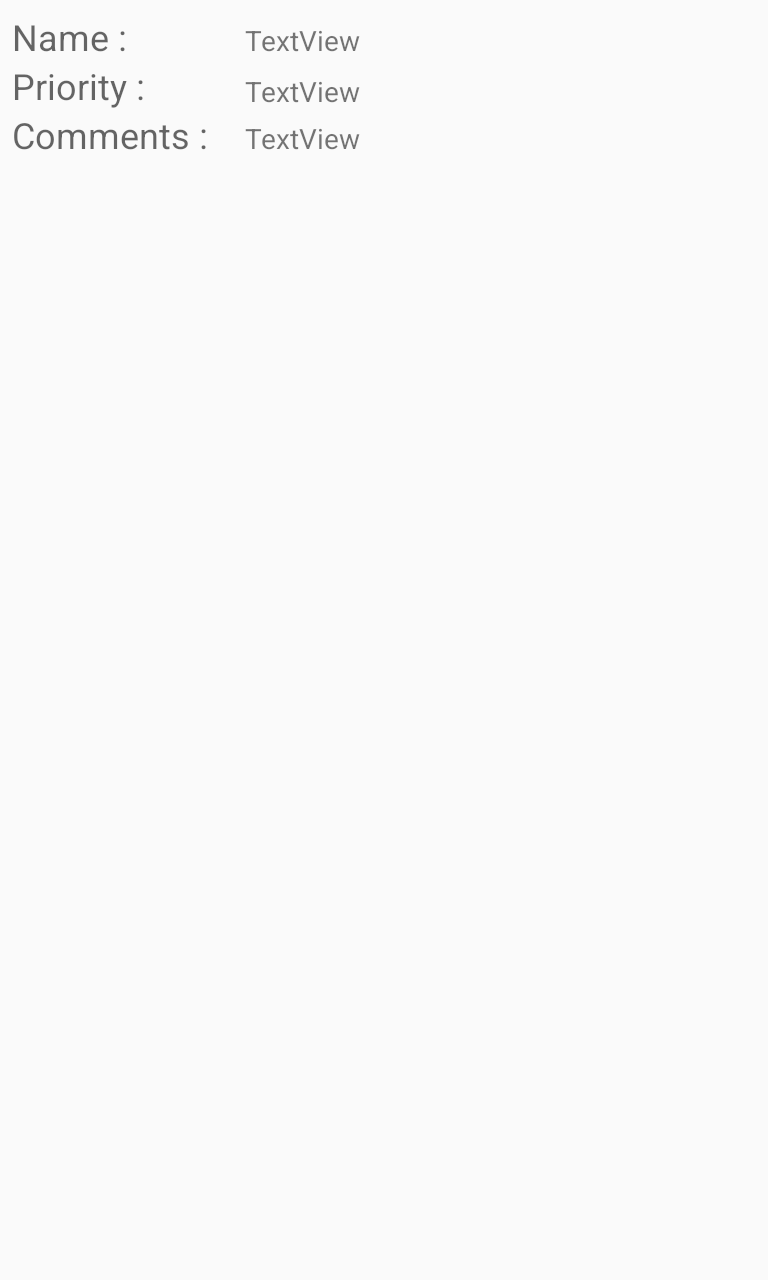
Repository: HAYKEL88/MASTER2_PFE
Layout: PFE_ANDROID/res/layout/usersList.xml
An editor plug-in stored every save of this project. The layout is shown before and after the next save, followed by the edit.
It is drawn on a 768 x 1280 px phone screen (xhdpi) without system bars, with theme AppTheme; the app's code is not run.

Above is the layout before, as saved 2014-12-21 11:10:38.

After the next save:
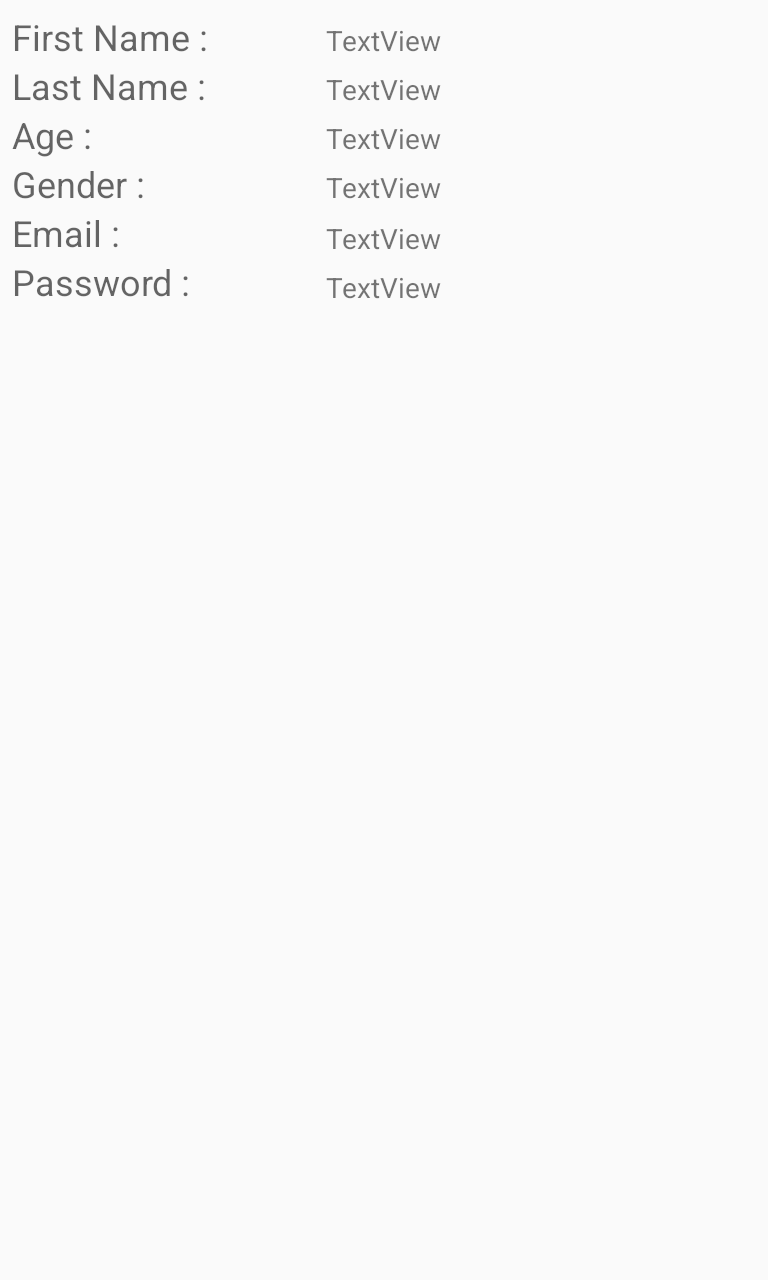
Saved 3 min 22 s later.
--- a/PFE_ANDROID/res/layout/usersList.xml
+++ b/PFE_ANDROID/res/layout/usersList.xml
@@ -6,21 +6,21 @@
     android:padding="6dip" >
 
     <TextView
-        android:id="@+id/tvWelcomeUser"
+        android:id="@+id/textView1"
         android:layout_width="wrap_content"
         android:layout_height="wrap_content"
         android:layout_alignParentLeft="true"
         android:layout_alignParentTop="true"
-        android:text="Name :"
+        android:text="First Name :"
         android:textAppearance="?android:attr/textAppearanceMedium" />
 
     <TextView
         android:id="@+id/textView2"
         android:layout_width="wrap_content"
         android:layout_height="wrap_content"
-        android:layout_alignLeft="@+id/tvWelcomeUser"
-        android:layout_below="@+id/tvWelcomeUser"
-        android:text="Priority :"
+        android:layout_alignLeft="@+id/textView1"
+        android:layout_below="@+id/textView1"
+        android:text="Last Name :"
         android:textAppearance="?android:attr/textAppearanceMedium" />
 
     <TextView
@@ -29,34 +29,87 @@
         android:layout_height="wrap_content"
         android:layout_alignLeft="@+id/textView2"
         android:layout_below="@+id/textView2"
-        android:text="Comments :"
+        android:text="Age :"
         android:textAppearance="?android:attr/textAppearanceMedium" />
 
     <TextView
-        android:id="@+id/tvObjectifName"
+        android:id="@+id/textView4"
         android:layout_width="wrap_content"
         android:layout_height="wrap_content"
-        android:layout_alignBaseline="@+id/tvWelcomeUser"
-        android:layout_alignBottom="@+id/tvWelcomeUser"
+        android:layout_alignLeft="@+id/textView3"
+        android:layout_below="@+id/textView3"
+        android:text="Gender :"
+        android:textAppearance="?android:attr/textAppearanceMedium" />
+
+    <TextView
+        android:id="@+id/tvFN"
+        android:layout_width="wrap_content"
+        android:layout_height="wrap_content"
+        android:layout_alignBaseline="@+id/textView1"
+        android:layout_alignBottom="@+id/textView1"
         android:layout_marginLeft="59dp"
-        android:layout_toRightOf="@+id/tvWelcomeUser"
+        android:layout_toRightOf="@+id/textView1"
         android:text="TextView" />
 
     <TextView
-        android:id="@+id/tvObjectifPriority"
+        android:id="@+id/tvLN"
         android:layout_width="wrap_content"
         android:layout_height="wrap_content"
-        android:layout_above="@+id/textView3"
-        android:layout_alignLeft="@+id/tvObjectifName"
+        android:layout_alignBaseline="@+id/textView2"
+        android:layout_alignBottom="@+id/textView2"
+        android:layout_alignLeft="@+id/tvFN"
         android:text="TextView" />
 
     <TextView
-        android:id="@+id/tvObjectifComments"
+        android:id="@+id/tvAge"
         android:layout_width="wrap_content"
         android:layout_height="wrap_content"
         android:layout_alignBaseline="@+id/textView3"
         android:layout_alignBottom="@+id/textView3"
-        android:layout_alignLeft="@+id/tvObjectifPriority"
+        android:layout_alignLeft="@+id/tvLN"
+        android:text="TextView" />
+
+    <TextView
+        android:id="@+id/tvGender"
+        android:layout_width="wrap_content"
+        android:layout_height="wrap_content"
+        android:layout_alignBaseline="@+id/textView4"
+        android:layout_alignBottom="@+id/textView4"
+        android:layout_alignLeft="@+id/tvAge"
+        android:text="TextView" />
+
+    <TextView
+        android:id="@+id/TextView01"
+        android:layout_width="wrap_content"
+        android:layout_height="wrap_content"
+        android:layout_alignLeft="@+id/textView4"
+        android:layout_below="@+id/textView4"
+        android:text="Email :"
+        android:textAppearance="?android:attr/textAppearanceMedium" />
+
+    <TextView
+        android:id="@+id/TextView02"
+        android:layout_width="wrap_content"
+        android:layout_height="wrap_content"
+        android:layout_alignLeft="@+id/TextView01"
+        android:layout_below="@+id/TextView01"
+        android:text="Password :"
+        android:textAppearance="?android:attr/textAppearanceMedium" />
+
+    <TextView
+        android:id="@+id/tvEmail"
+        android:layout_width="wrap_content"
+        android:layout_height="wrap_content"
+        android:layout_above="@+id/TextView02"
+        android:layout_alignLeft="@+id/tvGender"
+        android:text="TextView" />
+
+    <TextView
+        android:id="@+id/tvPassword"
+        android:layout_width="wrap_content"
+        android:layout_height="wrap_content"
+        android:layout_alignBottom="@+id/TextView02"
+        android:layout_alignLeft="@+id/tvEmail"
         android:text="TextView" />
 
 </RelativeLayout>
